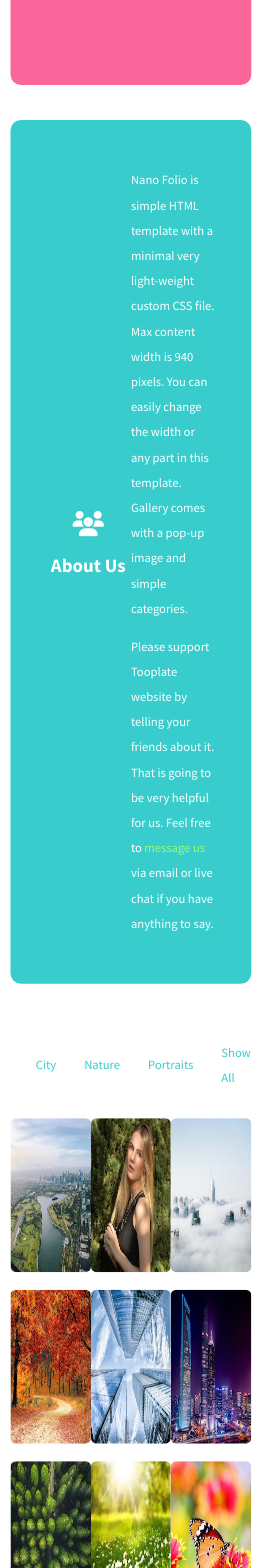
Repository: BuiVanVu102/Tooplate
Page: index.html
An editor plug-in stored every save of this project. The page is shown before and after the next save, followed by the edit.
The browser window is 374 px wide. The pictures show the part of the page from y = 409 to 2649 px (the page is 3869 px tall before and 3675 px after), at 70% of full size.
Some web libraries are served in a nearby version. The style sheet was rebuilt from its Sass, Less or Tailwind sources for each picture, by a compiler version that may differ from the author's.

Above is the page before, as saved 2021-11-17 12:51:36.

After the next save:
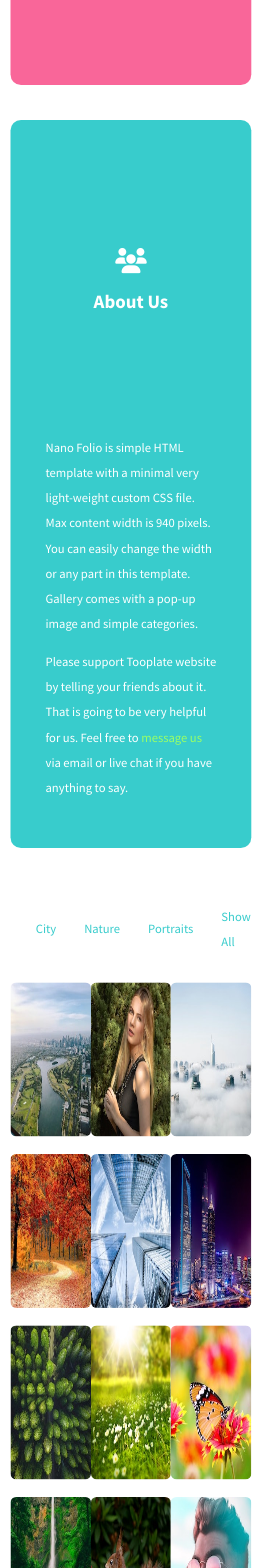
Saved 27 s later.
--- a/sass/_about.scss
+++ b/sass/_about.scss
@@ -56,4 +56,8 @@
 
 @media screen and (max-width: 374px) {
 
+	.about__container {
+		display: flex;
+		flex-direction: column;
+	}
 }
